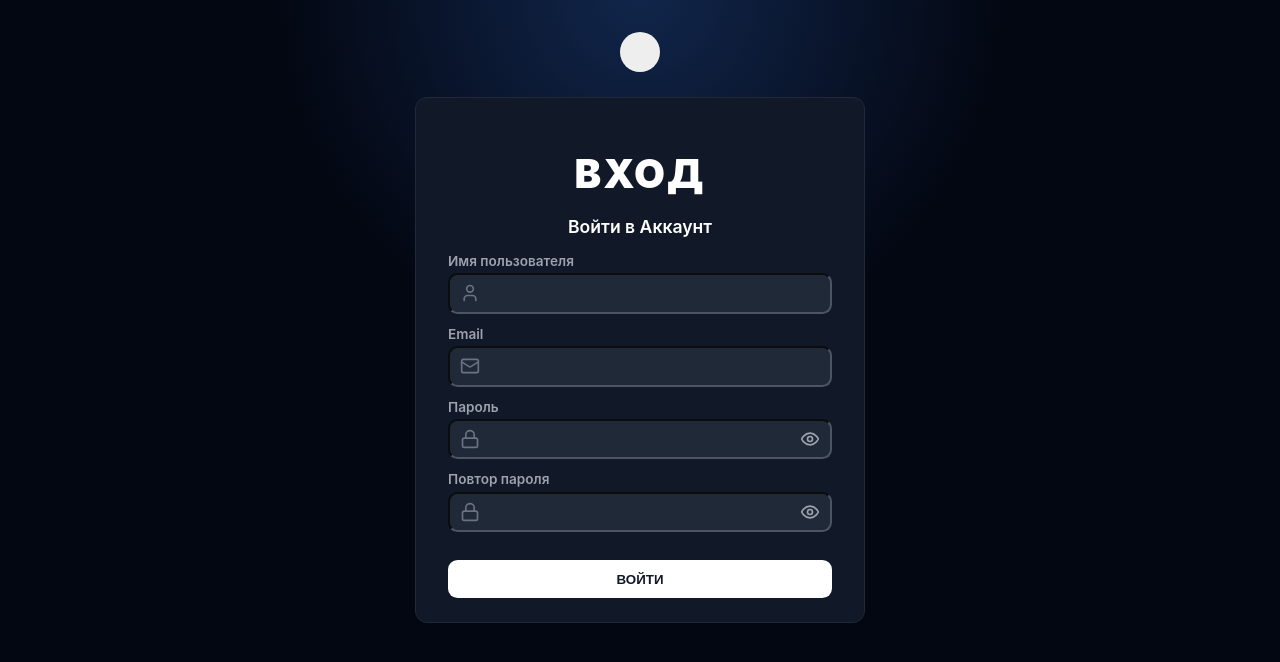
Repository: Kirillzu86/chocoipai
Page: /login (app in frontend/)
An editor plug-in stored every save of this project. The page is shown before and after the next save, followed by the edit.
The browser window is 1280 px wide. The pictures show the whole page.
The page's requests for data from a server got no answer. The project was rebuilt for these pictures with package versions that can differ from the ones it lists, and the page was loaded fresh each time. No one was signed in, and anything a server would have sent is missing. Also part of the build but not shown: frontend/vite.config.ts, frontend/src/components/Header/StyleHeader.css, frontend/src/components/Header/Header.tsx, frontend/src/components/Sidebar/StyleSidebar.css, frontend/src/components/Sidebar/sidebar.tsx, frontend/src/components/HomePage/StyleHomePage.css, frontend/src/components/HomePage/Homepage.tsx, frontend/src/components/RegPage/RegPage.tsx.

Above is the page before, as saved 2025-12-18 14:08:45.

### frontend/index.html
<!doctype html>
<html lang="en">
  <head>
    <meta charset="UTF-8" />
    <link rel="icon" type="image/svg+xml" href="/vite.svg" />
    <meta name="viewport" content="width=device-width, initial-scale=1.0" />
    <title>steplearn</title>
  </head>
  <body>
    <div id="root"></div>
    <script type="module" src="/src/main.tsx"></script>
  </body>
</html>

### frontend/src/main.tsx
import React from "react";
import ReactDOM from "react-dom/client";
import { BrowserRouter } from "react-router-dom";
import App from "./App";

ReactDOM.createRoot(document.getElementById("root")!).render(
  <BrowserRouter>
    <App />
  </BrowserRouter>
);

### frontend/src/App.tsx
import { useEffect, useState } from "react";
import { BrowserRouter, Routes, Route } from "react-router-dom";
import HomePage from "./components/HomePage/Homepage";
import LogPage from "./components/LogPage/LogPage";
import RegPage from "./components/RegPage/RegPage";

function App() {
  const [users, setUsers] = useState<{ id: number; name: string }[]>([]);

  useEffect(() => {
    fetch('http://localhost:8000/users')
      .then(res => res.json())
      .then(data => setUsers(data));
  }, []);

  return (
    // <div>
    //   <h1>Users:</h1>
    //   {users.map(u => (
    //     <div key={u.id}>{u.name}</div>
    //   ))}
    // </div>

  <Routes>
    <Route path="/" element={<HomePage />} />
    <Route path="/login" element={<LogPage />} />
    <Route path="/register" element={<RegPage />} />
  </Routes>
  );
}

export default App;

### frontend/src/components/LogPage/LogPage.tsx
import { useState, type ChangeEvent, type FormEvent, type SVGProps } from "react";
import "./StyleLogPage.css";

type IconProps = SVGProps<SVGSVGElement>;

const Icons = {
    User: (props: IconProps) => (
        <svg xmlns="http://www.w3.org/2000/svg" width="20" height="20" viewBox="0 0 24 24" fill="none" stroke="currentColor" strokeWidth="2" strokeLinecap="round" strokeLinejoin="round" {...props}>
            <path d="M19 21v-2a4 4 0 0 0-4-4H9a4 4 0 0 0-4 4v2"/><circle cx="12" cy="7" r="4"/>
        </svg>
    ),
    Mail: (props: IconProps) => (
        <svg xmlns="http://www.w3.org/2000/svg" width="20" height="20" viewBox="0 0 24 24" fill="none" stroke="currentColor" strokeWidth="2" strokeLinecap="round" strokeLinejoin="round" {...props}>
            <rect width="20" height="16" x="2" y="4" rx="2"/><path d="m22 7-8.97 5.7a1.94 1.94 0 0 1-2.06 0L2 7"/>
        </svg>
    ),
    Lock: (props: IconProps) => (
        <svg xmlns="http://www.w3.org/2000/svg" width="20" height="20" viewBox="0 0 24 24" fill="none" stroke="currentColor" strokeWidth="2" strokeLinecap="round" strokeLinejoin="round" {...props}>
            <rect width="18" height="11" x="3" y="11" rx="2" ry="2"/><path d="M7 11V7a5 5 0 0 1 10 0v4"/>
        </svg>
    ),
    // Открытый глаз
    Eye: (props: IconProps) => (
        <svg xmlns="http://www.w3.org/2000/svg" width="20" height="20" viewBox="0 0 24 24" fill="none" stroke="currentColor" strokeWidth="2" strokeLinecap="round" strokeLinejoin="round" {...props}>
            <path d="M2 12s3-7 10-7 10 7 10 7-3 7-10 7-10-7-10-7Z"/><circle cx="12" cy="12" r="3"/>
        </svg>
    ),
    // ЗАКРЫТЫЙ ГЛАЗ (Веко с ресничками)
    EyeOff: (props: IconProps) => (
        <svg xmlns="http://www.w3.org/2000/svg" width="20" height="20" viewBox="0 0 24 24" fill="none" stroke="currentColor" strokeWidth="2" strokeLinecap="round" strokeLinejoin="round" {...props}>
            <path d="M17.94 17.94A10.07 10.07 0 0 1 12 20c-7 0-10-7-10-7s3-7 10-7a9.12 9.12 0 0 1 4.3 1.07"/>
            <path d="m5 15-2 2M9 19l-1.5 2.5M15 19l1.5 2.5M19 15l2 2"/>
        </svg>
    ),
    Check: (props: IconProps) => (
        <svg xmlns="http://www.w3.org/2000/svg" width="20" height="20" viewBox="0 0 24 24" fill="none" stroke="currentColor" strokeWidth="2" strokeLinecap="round" strokeLinejoin="round" {...props}>
            <path d="M22 11.08V12a10 10 0 1 1-5.93-9.14"/><path d="m9 11 3 3L22 4"/>
        </svg>
    ),
    XCircle: (props: IconProps) => (
        <svg xmlns="http://www.w3.org/2000/svg" width="20" height="20" viewBox="0 0 24 24" fill="none" stroke="currentColor" strokeWidth="2" strokeLinecap="round" strokeLinejoin="round" {...props}>
            <circle cx="12" cy="12" r="10"/><path d="m15 9-6 6"/><path d="m9 9 6 6"/>
        </svg>
    )
};

function LogPage() {
    const [formData, setFormData] = useState({ username: '', email: '', password: '', confirmPassword: '' });
    const [message, setMessage] = useState({ text: '', type: '' });
    const [errors, setErrors] = useState({ username: false, email: false, password: false, confirmPassword: false });
    const [isPasswordVisible, setIsPasswordVisible] = useState(false);
    const [isConfirmPasswordVisible, setIsConfirmPasswordVisible] = useState(false);
    const [isDarkTheme, setIsDarkTheme] = useState(true);

    const handleChange = (e: ChangeEvent<HTMLInputElement>) => {
        const { name, value } = e.target;
        setFormData(prev => ({ ...prev, [name]: value }));
        setErrors(prev => ({ ...prev, [name]: false }));
        setMessage({ text: '', type: '' });
    };

    const handleFormSubmit = (e: FormEvent<HTMLFormElement>) => {
        e.preventDefault();
        const { username, email, password, confirmPassword } = formData;
        if (!username || !email || !password || !confirmPassword) {
            setMessage({ text: 'Заполните все поля', type: 'error' });
            return;
        }
        if (password !== confirmPassword) {
            setMessage({ text: 'Пароли не совпадают', type: 'error' });
            return;
        }
        setMessage({ text: `Добро пожаловать, ${username}!`, type: 'success' });
    };

    const renderInputField = (label: string, type: string, name: keyof typeof formData, Icon: React.FC<IconProps>, isPass = false, visible = false, toggle = () => {}) => {
        const hasError = errors[name];
        return (
            <div className="input-group">
                <label className="input-label" style={{ color: isDarkTheme ? (hasError ? '#f87171' : '#9ca3af') : (hasError ? '#dc2626' : '#57534e') }}>{label}</label>
                <div className="input-wrapper">
                    <input
                        type={isPass ? (visible ? 'text' : 'password') : type}
                        name={name}
                        value={formData[name]}
                        onChange={handleChange}
                        className="form-input"
                        data-error={hasError}
                        style={{
                            backgroundColor: isDarkTheme ? '#1f2937' : '#f3f4f6',
                            color: isDarkTheme ? 'white' : '#111827',
                            borderColor: hasError ? '#ef4444' : (isDarkTheme ? '#4b5563' : '#d1d5db')
                        }}
                    />
                    <span className="input-icon left-icon" style={{ color: isDarkTheme ? '#6b7280' : '#4b5563' }}><Icon /></span>
                    {isPass && (
                        <button type="button" onClick={toggle} className="input-icon right-icon" style={{ color: isDarkTheme ? '#9ca3af' : '#4b5563' }}>
                            {visible ? <Icons.EyeOff /> : <Icons.Eye />}
                        </button>
                    )}
                </div>
            </div>
        );
    };

    return (
        <div className="log-page-container" style={{
            backgroundColor: isDarkTheme ? '#030712' : '#fef3c7',
            backgroundImage: isDarkTheme ? 'radial-gradient(circle at 50% 0%, #3b82f640, #030712 35%)' : 'radial-gradient(circle at 50% 0%, #fcd34d40, #fef3c7 35%)',
            animation: 'pulse-spotlight 15s infinite ease-in-out'
        }}>
            <button onClick={() => setIsDarkTheme(!isDarkTheme)} style={{ position: 'absolute', top: '2rem', width: '40px', height: '40px', borderRadius: '50%', border: 'none', cursor: 'pointer', background: isDarkTheme ? '#eee' : '#facc15' }} />

            <div className="form-card" style={{
                backgroundColor: isDarkTheme ? '#111827' : '#fefce8',
                color: isDarkTheme ? 'white' : '#111827',
                borderColor: isDarkTheme ? '#1f2937' : '#eab308'
            }}>
                <h1 className="brand-title">Вход</h1>
                <p className="form-subtitle">Войти в Аккаунт</p>

                {message.text && (
                    <div className={`alert-box ${message.type === 'success' ? 'alert-success' : 'alert-error'}`}>
                        <span className="icon-msg">{message.type === 'success' ? <Icons.Check /> : <Icons.XCircle />}</span>
                        {message.text}
                    </div>
                )}

                <form onSubmit={handleFormSubmit}>
                    {renderInputField('Имя пользователя', 'text', 'username', Icons.User)}
                    {renderInputField('Email', 'email', 'email', Icons.Mail)}
                    {renderInputField('Пароль', 'password', 'password', Icons.Lock, true, isPasswordVisible, () => setIsPasswordVisible(!isPasswordVisible))}
                    {renderInputField('Повтор пароля', 'password', 'confirmPassword', Icons.Lock, true, isConfirmPasswordVisible, () => setIsConfirmPasswordVisible(!isConfirmPasswordVisible))}
                    <button type="submit" className="submit-btn" style={{ backgroundColor: isDarkTheme ? 'white' : '#111827', color: isDarkTheme ? '#111827' : 'white' }}>Войти</button>
                </form>
            </div>
        </div>
    );
}

export default LogPage;

### frontend/src/components/LogPage/StyleLogPage.css
html, body {
    margin: 0;
    padding: 0;
    overflow: hidden;
}

@keyframes pulse-spotlight {
    0% { background-position: 50% 10%; background-size: 100% 100%; }
    50% { background-position: 50% 12%; background-size: 110% 110%; }
    100% { background-position: 50% 10%; background-size: 100% 100%; }
}

.log-page-container {
    min-height: 100vh;
    width: 100vw;
    display: flex;
    align-items: center;
    justify-content: center;
    font-family: 'Inter', sans-serif;
    padding: 0.5rem;
    box-sizing: border-box;
    position: relative;
    transition: all 0.5s ease;
}

.form-card {
    width: 100%;
    max-width: 24rem;
    padding: 1.5rem 2rem;
    border-radius: 0.75rem;
    border: 1px solid;
    position: relative;
    z-index: 10;
    transition: all 0.5s ease;
}

.brand-title {
    font-size: 2.5rem;
    font-weight: 900;
    text-align: center;
    margin-bottom: 0.25rem;
    letter-spacing: 0.05em;
    text-transform: uppercase;
}

.form-subtitle {
    font-size: 1.1rem;
    font-weight: 600;
    text-align: center;
    margin-bottom: 1rem;
}

.alert-box {
    padding: 0.6rem 0.8rem;
    margin-bottom: 0.8rem;
    border-radius: 0.5rem;
    font-size: 0.9rem;
    font-weight: 600;
    display: flex;
    align-items: center;
}

.alert-success {
    background-color: rgba(20, 83, 45, 0.9);
    color: #dcfce7;
    border: 1px solid rgba(21, 128, 61, 1);
}

.alert-error {
    background-color: #dc2626;
    color: #fee2e2;
    border: 1px solid #991b1b;
}

.icon-msg {
    margin-right: 0.5rem;
    width: 1.2rem;
    height: 1.2rem;
    flex-shrink: 0;
}

.input-group {
    margin-bottom: 0.75rem;
}

.input-label {
    display: block;
    font-size: 0.85rem;
    font-weight: 600;
    margin-bottom: 0.3rem;
}

.input-wrapper {
    position: relative;
}

.form-input {
    width: 100%;
    padding: 0.6rem 2.5rem;
    border-radius: 0.6rem;
    font-size: 0.95rem;
    outline: none;
    box-sizing: border-box;
    transition: all 0.2s;
}

.form-input:focus {
    outline: 3px solid #facc15;
}

.form-input[data-error="true"]:focus {
    outline: 3px solid #f87171;
}

.input-icon {
    position: absolute;
    top: 50%;
    transform: translateY(-50%);
    display: flex;
    align-items: center;
}

.left-icon {
    left: 0.75rem;
}

.right-icon {
    right: 0.75rem;
    cursor: pointer;
    background: none;
    border: none;
    padding: 0;
}

.right-icon:focus {
    outline: none;
}

.submit-btn {
    width: 100%;
    font-weight: 700;
    padding: 0.7rem;
    margin-top: 1rem;
    border: none;
    border-radius: 0.6rem;
    cursor: pointer;
    text-transform: uppercase;
    transition: 0.2s;
}

.footer-text {
    text-align: center;
    font-size: 0.8rem;
    margin-top: 1rem;
}

.footer-link {
    font-weight: 600;
    margin-left: 0.25rem;
    text-decoration: none;
    border-bottom: 1px solid;
}

@media (max-width: 600px) {
    .form-card { padding: 1rem; }
    .brand-title { font-size: 2rem; }
}

Loaded but not shown: frontend/src/components/RegPage/StyleRegPage.css (no stored copy; drawn as an empty file)

After the next save:
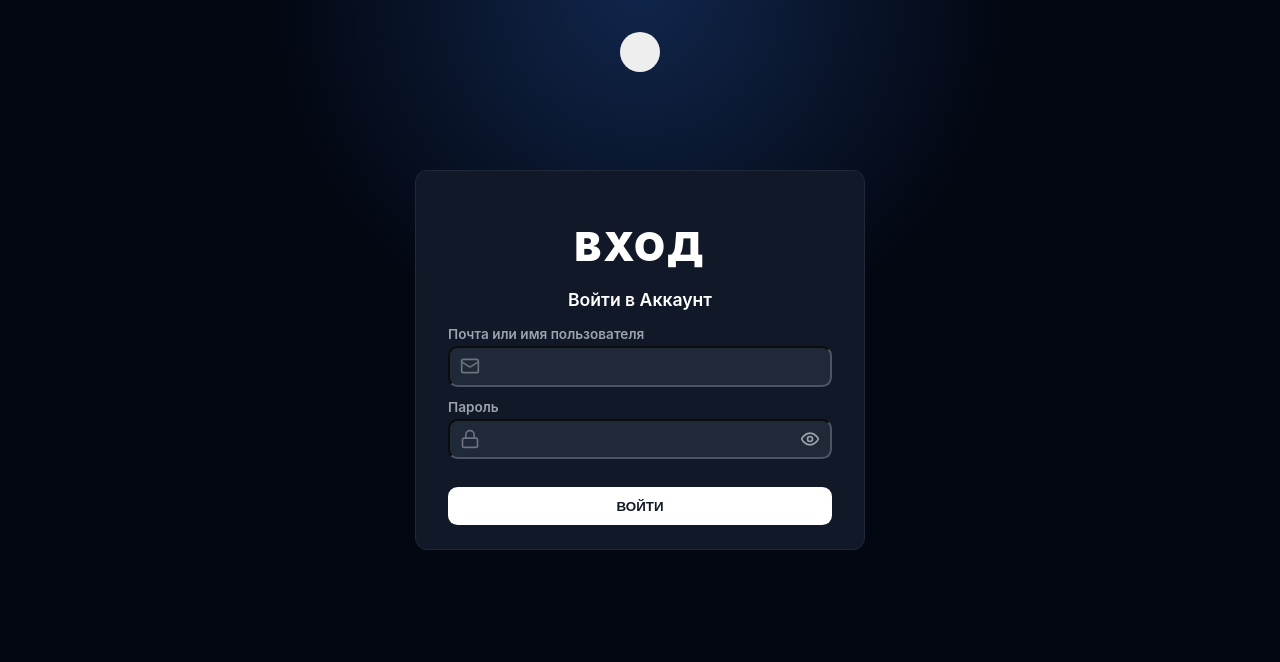
Saved 3 min 59 s later.
--- a/frontend/src/components/LogPage/LogPage.tsx
+++ b/frontend/src/components/LogPage/LogPage.tsx
@@ -45,11 +45,10 @@ const Icons = {
 };
 
 function LogPage() {
-    const [formData, setFormData] = useState({ username: '', email: '', password: '', confirmPassword: '' });
+    const [formData, setFormData] = useState({ login: '', password: '' });
     const [message, setMessage] = useState({ text: '', type: '' });
-    const [errors, setErrors] = useState({ username: false, email: false, password: false, confirmPassword: false });
+    const [errors, setErrors] = useState({ login: false, password: false });
     const [isPasswordVisible, setIsPasswordVisible] = useState(false);
-    const [isConfirmPasswordVisible, setIsConfirmPasswordVisible] = useState(false);
     const [isDarkTheme, setIsDarkTheme] = useState(true);
 
     const handleChange = (e: ChangeEvent<HTMLInputElement>) => {
@@ -61,16 +60,12 @@ function LogPage() {
 
     const handleFormSubmit = (e: FormEvent<HTMLFormElement>) => {
         e.preventDefault();
-        const { username, email, password, confirmPassword } = formData;
-        if (!username || !email || !password || !confirmPassword) {
+        const { login, password } = formData;
+        if (!login || !password) {
             setMessage({ text: 'Заполните все поля', type: 'error' });
             return;
         }
-        if (password !== confirmPassword) {
-            setMessage({ text: 'Пароли не совпадают', type: 'error' });
-            return;
-        }
-        setMessage({ text: `Добро пожаловать, ${username}!`, type: 'success' });
+        setMessage({ text: `Добро пожаловать, ${login}!`, type: 'success' });
     };
 
     const renderInputField = (label: string, type: string, name: keyof typeof formData, Icon: React.FC<IconProps>, isPass = false, visible = false, toggle = () => {}) => {
@@ -127,10 +122,8 @@ function LogPage() {
                 )}
 
                 <form onSubmit={handleFormSubmit}>
-                    {renderInputField('Имя пользователя', 'text', 'username', Icons.User)}
-                    {renderInputField('Email', 'email', 'email', Icons.Mail)}
+                    {renderInputField('Почта или имя пользователя', 'text', 'login', Icons.Mail)}
                     {renderInputField('Пароль', 'password', 'password', Icons.Lock, true, isPasswordVisible, () => setIsPasswordVisible(!isPasswordVisible))}
-                    {renderInputField('Повтор пароля', 'password', 'confirmPassword', Icons.Lock, true, isConfirmPasswordVisible, () => setIsConfirmPasswordVisible(!isConfirmPasswordVisible))}
                     <button type="submit" className="submit-btn" style={{ backgroundColor: isDarkTheme ? 'white' : '#111827', color: isDarkTheme ? '#111827' : 'white' }}>Войти</button>
                 </form>
             </div>
